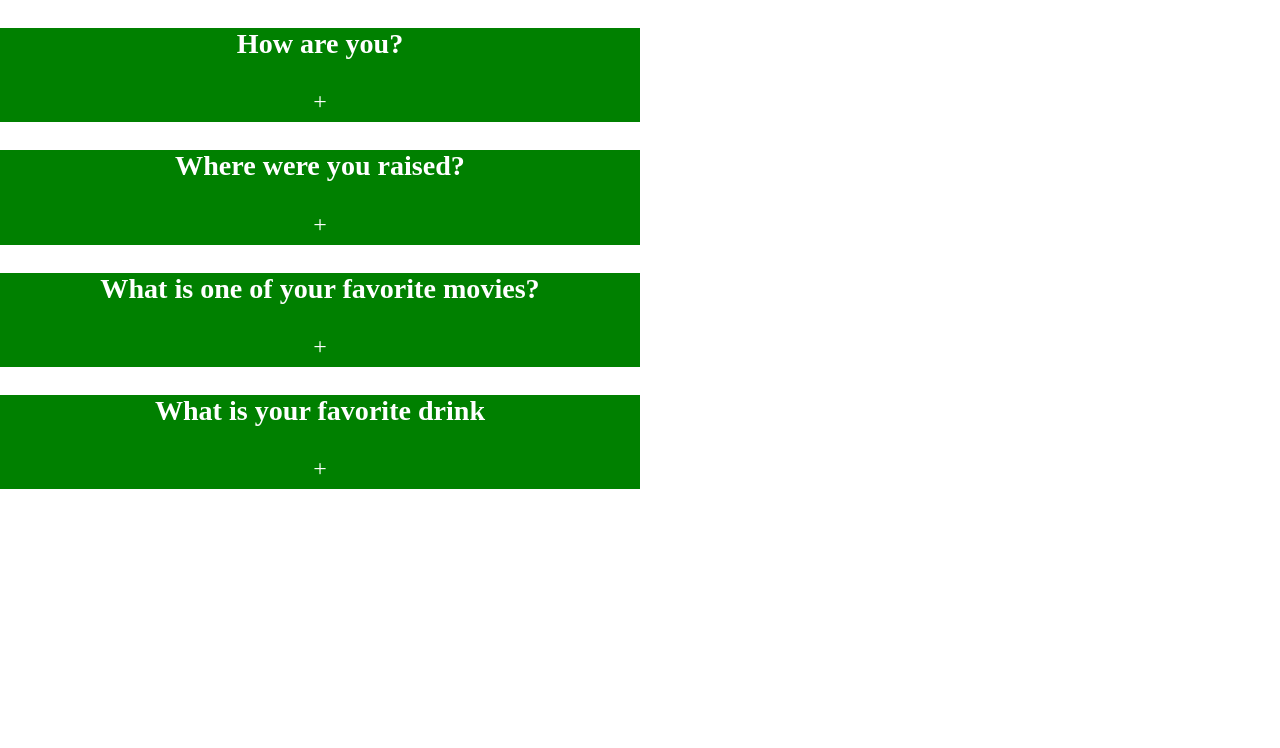
Repository: kosenijr/react-projects
Page: / (app in accordion/)
The author's editor kept a copy of each file at every save. The page is drawn from the files as they stood at one save, then again after the next save.
The browser window is 1280 px wide. The pictures show the whole page.
The project was rebuilt for these pictures with package versions that can differ from the ones it lists, and the page was loaded fresh each time.

Above is the page before, as saved 2024-03-02 22:41:05.

After the next save:
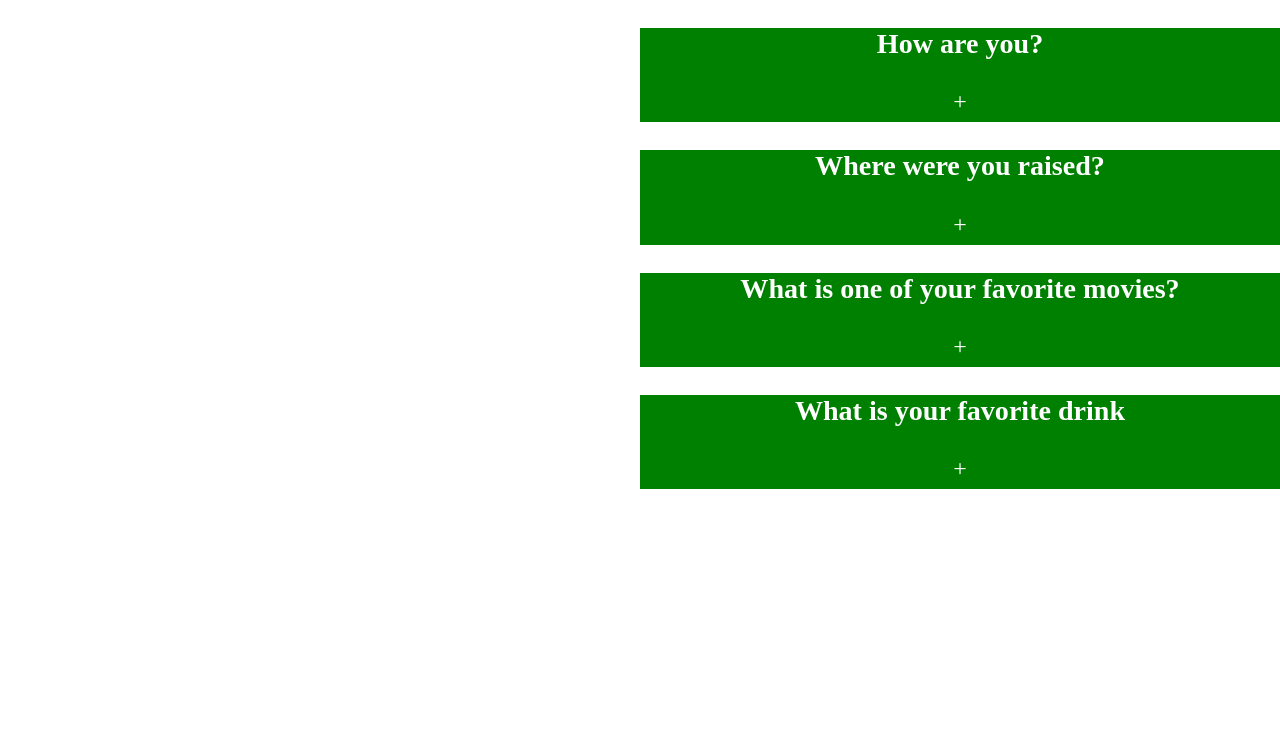
Saved 13 s later.
--- a/accordion/src/styles/Accordion.css
+++ b/accordion/src/styles/Accordion.css
@@ -4,7 +4,6 @@
 }
 .accordion {
   color: white;
-  padding-left: auto;
 }
 
 .item {
@@ -12,6 +11,7 @@
   font-size: 1.5em;
   font-family: "Raleway", "Times New Roman";
 
+  margin-left: auto;
   padding-bottom: 1vh;
   width: 50vw;
 }
